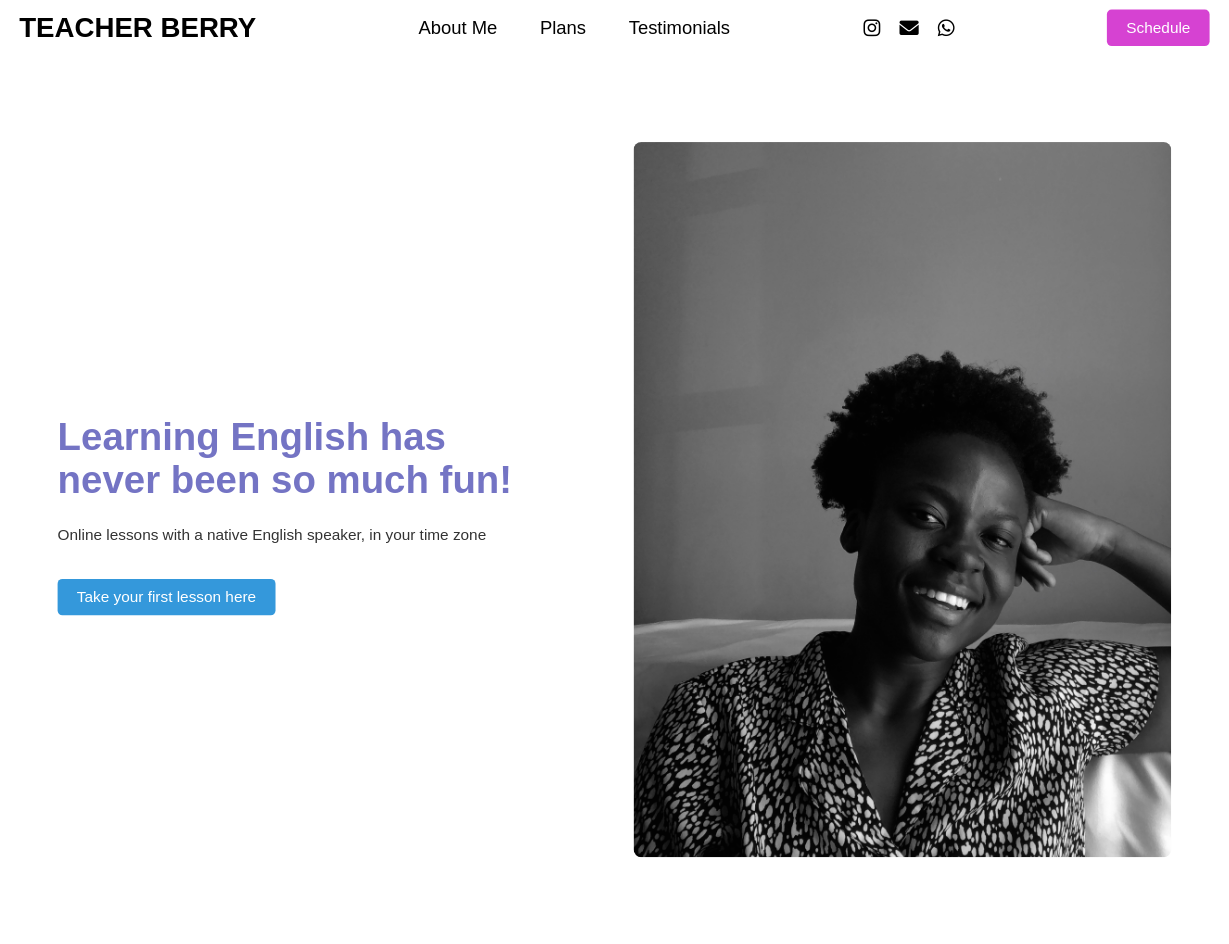
Repository: ntandomagana/esl-landing-page
Page: index.html
An editor plug-in stored every save of this project. The page is shown before and after a run of saves, followed by the edit.
The browser window is 1280 px wide. The pictures show the whole page, at 96% of full size.

Above is the page before, as saved 2024-07-16 23:46:07.

After the next 3 saves:
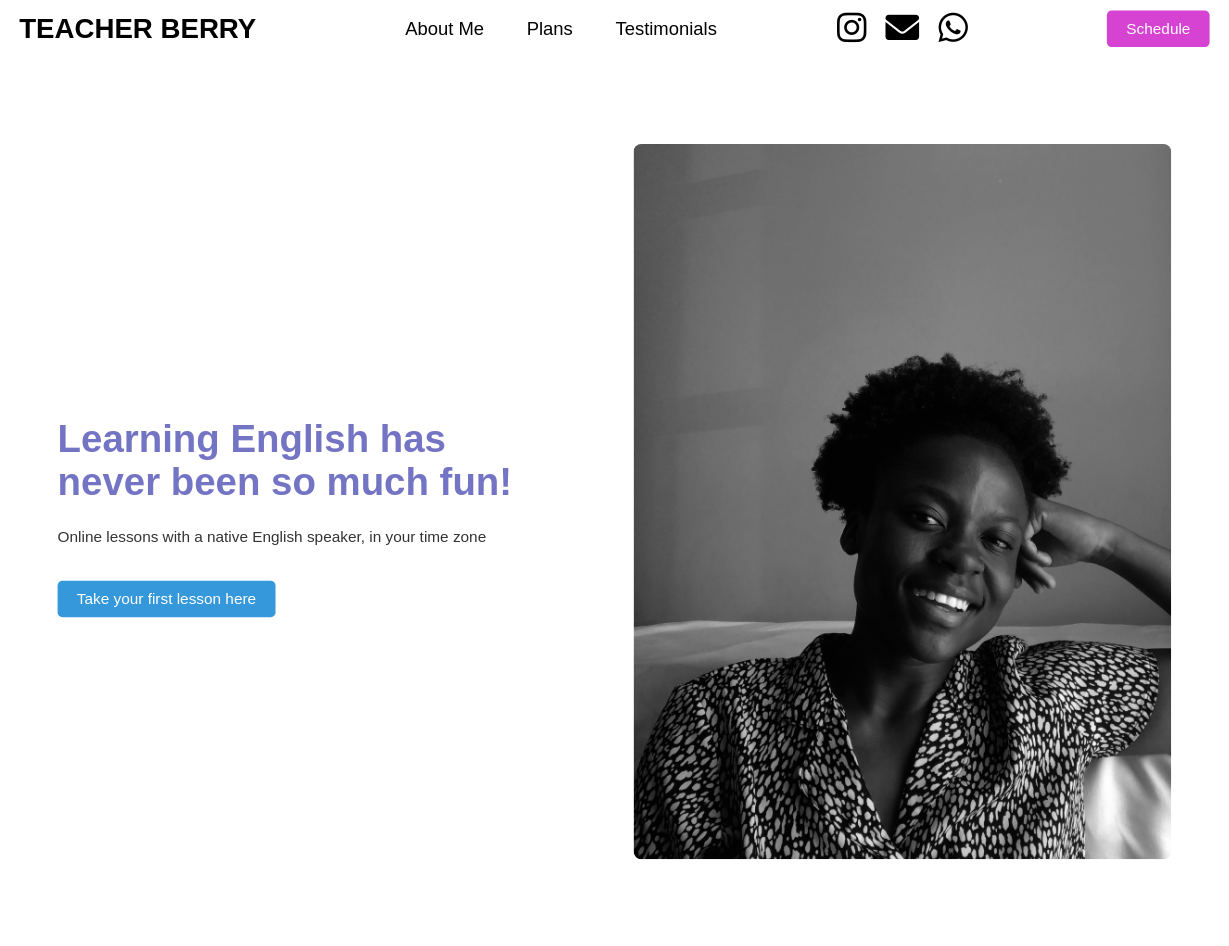
The 3 saves are shown as one change because they came seconds apart.
The last was saved 11 s later.
--- a/index.css
+++ b/index.css
@@ -57,7 +57,7 @@ nav ul li a {
     margin: 0 10px;
     display: inline-block;
     color: black;
-    font-size: 20px;
+    font-size: 35px;
 }
 
 .schedule-button {

After the save that followed:
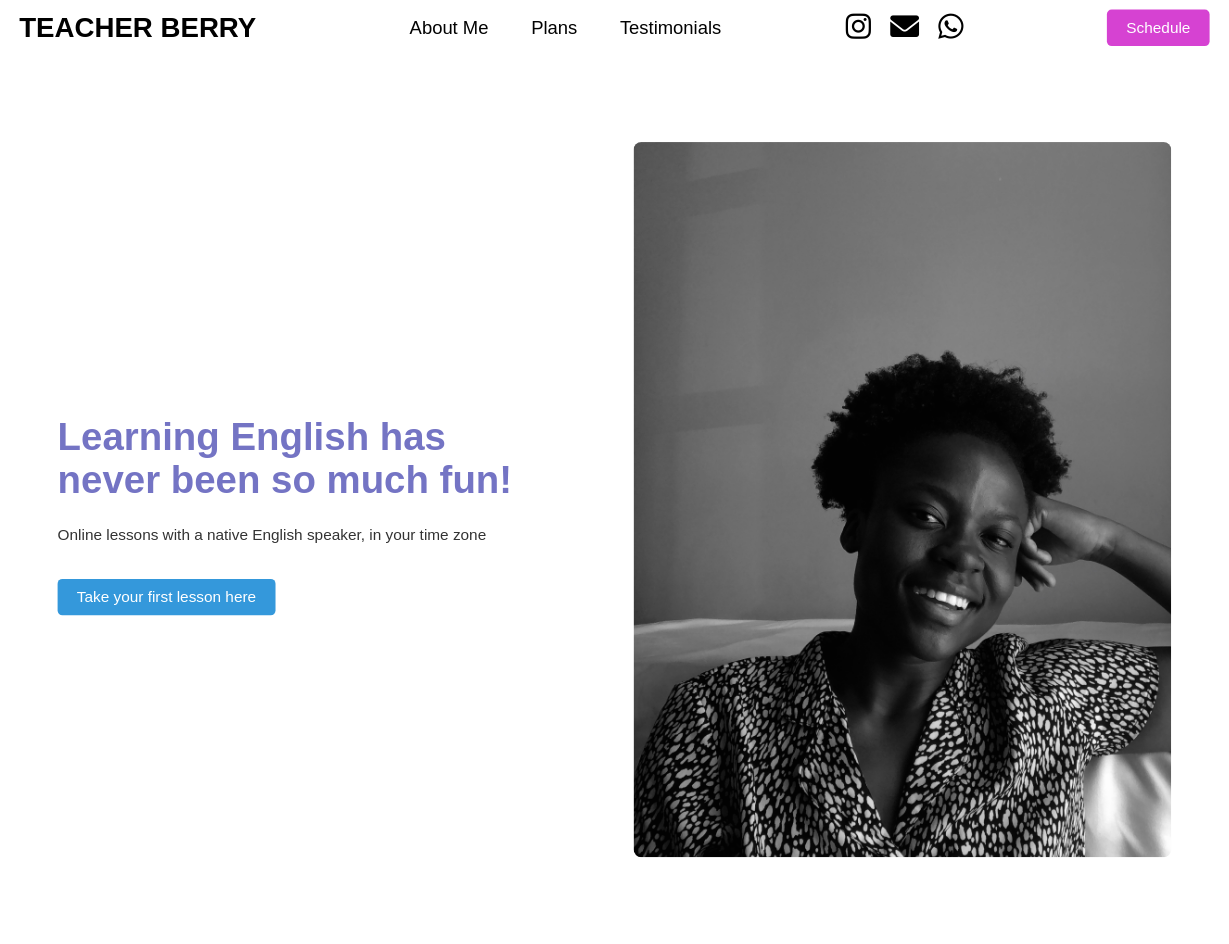
Saved 5 s later.
--- a/index.css
+++ b/index.css
@@ -57,7 +57,7 @@ nav ul li a {
     margin: 0 10px;
     display: inline-block;
     color: black;
-    font-size: 35px;
+    font-size: 30px;
 }
 
 .schedule-button {
